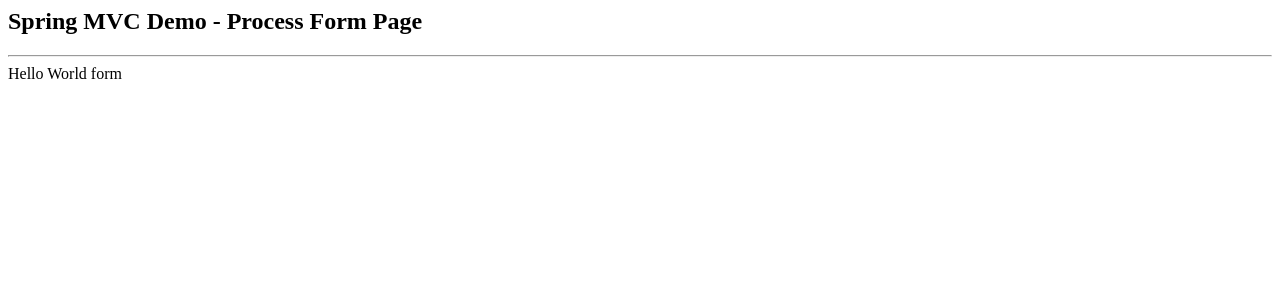
Repository: varunbajpai/JavaLearning
Page: http://localhost/LearnMVC2/processForm
These files come from the project's save history. The page is drawn as it stood at one moment and after the next save; the edit follows.
The browser window is 1280 px wide. The pictures show the whole page.
The page is served by Tomcat 9.

Above is the page before, as saved 2019-05-12 07:29:58.

After the next save:
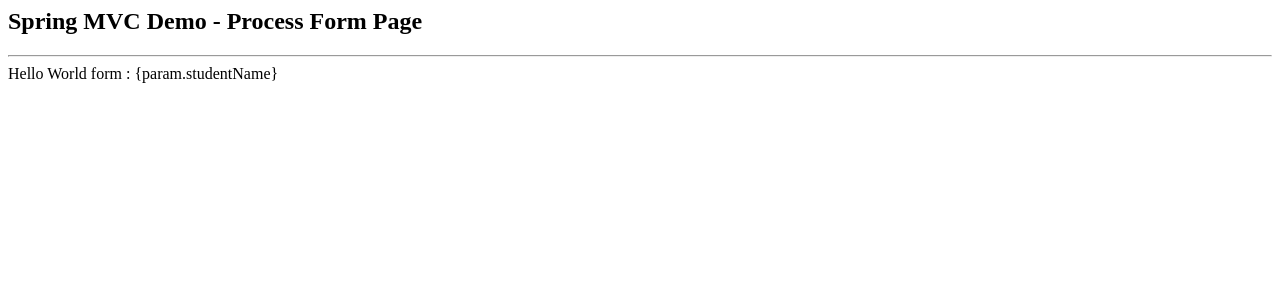
Saved 2 min 1 s later.
--- a/LearnMVC2/WebContent/WEB-INF/view/processForm.jsp
+++ b/LearnMVC2/WebContent/WEB-INF/view/processForm.jsp
@@ -1,5 +1,5 @@
 <!DOCTYPE>
 <html><body>
 <h2>Spring MVC Demo - Process Form Page</h2>
-<hr><a>Hello World form</a>
+<hr><a>Hello World form : {param.studentName}</a>
 </body></html>

After the save that followed:
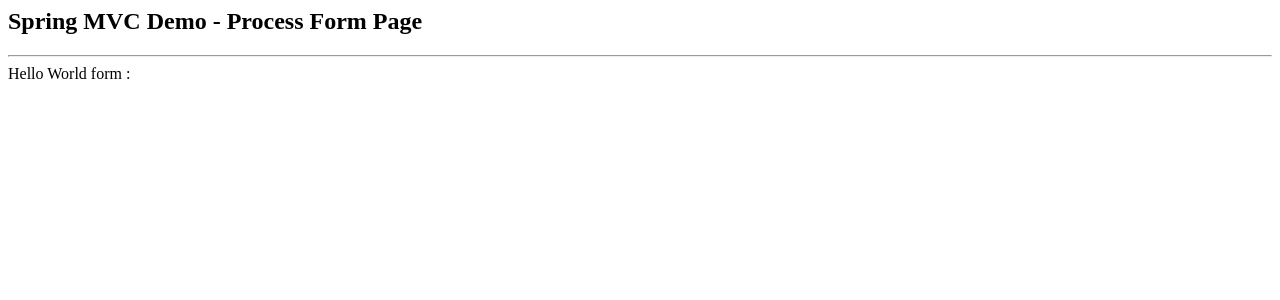
Saved 15 s later.
--- a/LearnMVC2/WebContent/WEB-INF/view/processForm.jsp
+++ b/LearnMVC2/WebContent/WEB-INF/view/processForm.jsp
@@ -1,5 +1,5 @@
 <!DOCTYPE>
 <html><body>
 <h2>Spring MVC Demo - Process Form Page</h2>
-<hr><a>Hello World form : {param.studentName}</a>
+<hr><a>Hello World form : ${param.studentName}</a>
 </body></html>
